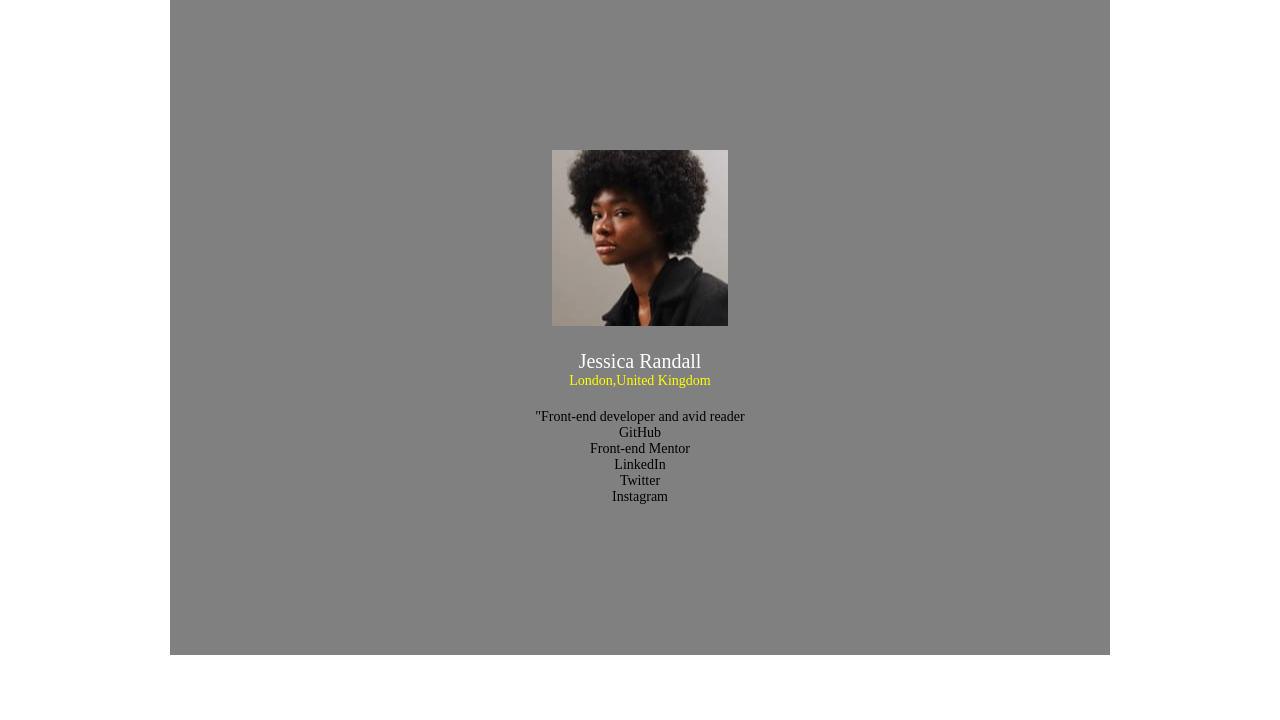
Repository: JosephAbatan05/Social-links-profile
Page: social-links-profile-main/index.html
The author's editor kept a copy of each file at every save. The page is drawn from the files as they stood at one save, then again after the next save.
The browser window is 1280 px wide. The pictures show the whole page.

Above is the page before, as saved 2025-01-23 14:17:16.

### social-links-profile-main/index.html
<!DOCTYPE html>
<html lang="en">
<head>
  <meta charset="UTF-8">
  <meta name="viewport" content="width=device-width, initial-scale=1.0"> <!-- displays site properly based on user's device -->

  <link rel="icon" type="image/png" sizes="32x32" href="./assets/images/favicon-32x32.png">

  <title>Frontend Mentor | Social links profile</title>
<link rel="stylesheet" href="styles.css">

  <!-- Feel free to remove these styles or customise in your own stylesheet 👍 --<style>
    .attribution { font-size: 11px; text-align: center; }
    .attribution a { color: hsl(228, 45%, 44%); }
  </style>
</head>
<body>

  Jessica Randall
  London, United Kingdom
  "Front-end developer and avid reader."

  GitHub
  Frontend Mentor
  LinkedIn
  Twitter
  Instagram

  <div class="attribution">
    Challenge by <a href="https://www.frontendmentor.io?ref=challenge" target="_blank">Frontend Mentor</a>.
    Coded by <a href="#">Your Name Here</a>.
  </div>
-->

<div class="container">
  <img src="assets\images\avatar-jessica.jpeg" >

<div id="name">Jessica Randall</div>
<div class="description">London,United Kingdom</div>
<div class="about">"Front-end developer and avid reader</div>
<div class="fa-links-container">
  <div class="Github">GitHub</div>
  <div class="Frontend Mentor">Front-end Mentor</div>



  <div class="LinkedIn">LinkedIn</div>





  <div class="Frontend Mentor">Twitter</div>

  <div class="Instagramr">Instagram</div>

</div>


</div>

</body>
</html>

### social-links-profile-main/styles.css
body{
    margin:0;
    padding:0;
    box-sizing: border-box;
}
.container{
    text-align: center;
    margin: 0 auto;
    padding: 150px;
    font-size:14px;
    background-color: grey;
    max-width: 50%;
}
.img{
    border-radius:50%;

}
.container #name{
    color:white;
    margin-top: 20px;
    font-size:20px;
}
.container .description{
    color:yellow;
}
.container .about{
    margin-top:20px;
}

.fa-links-container{
    margin-top:
}

After the next save:
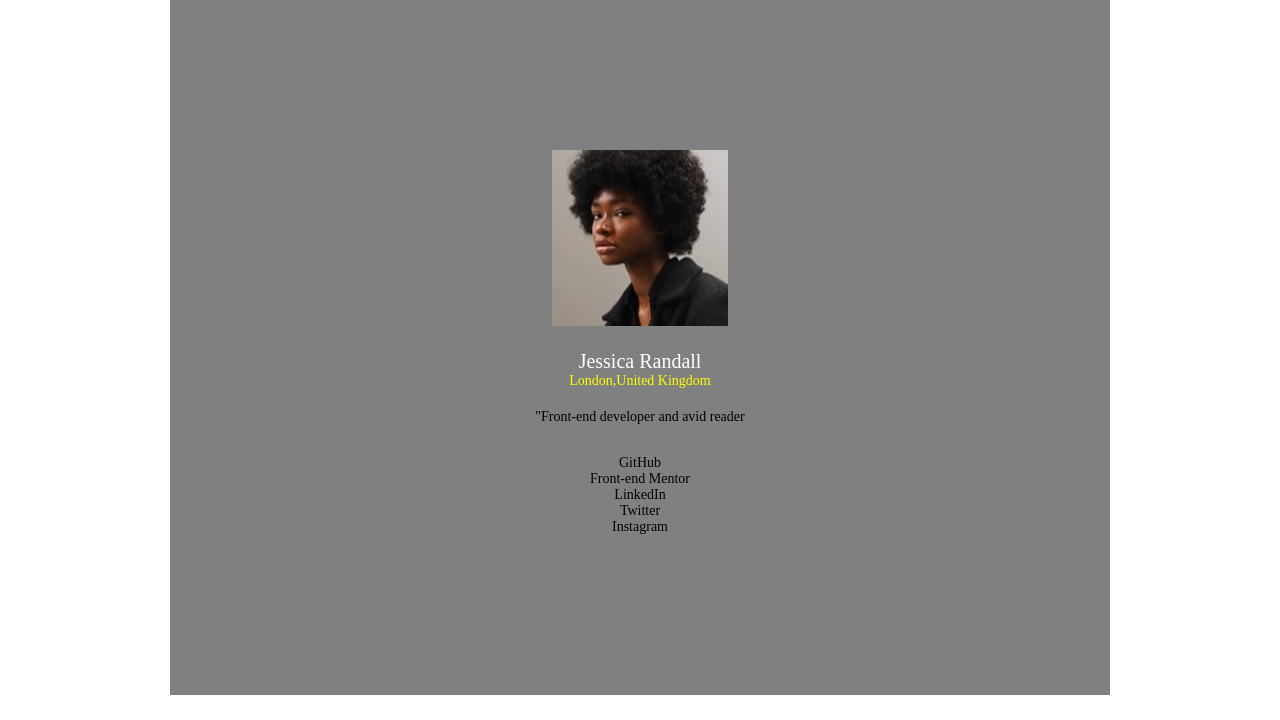
Saved 21 s later.
--- a/social-links-profile-main/styles.css
+++ b/social-links-profile-main/styles.css
@@ -28,5 +28,7 @@ body{
 }
 
 .fa-links-container{
-    margin-top:
+    margin-top:20px;
+    padding:10px;
+    text-align: center;
 }
